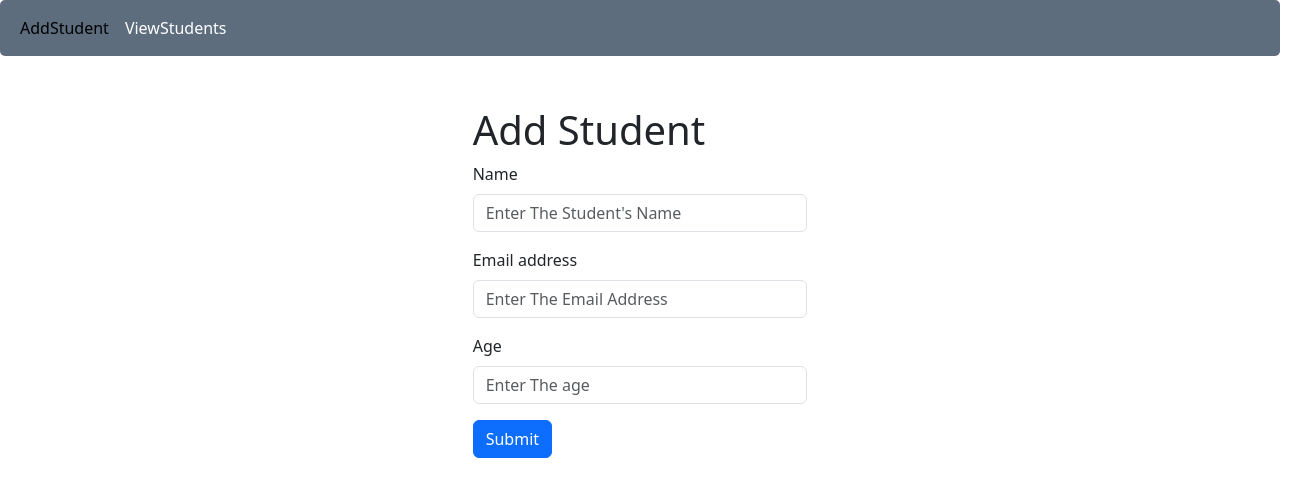
Repository: Manojs14/StudentManagementSystem
Page: http://localhost/Crud_form/
An editor plug-in stored every save of this project. The page is shown before and after the next save, followed by the edit.
The browser window is 1280 px wide. The page is 1292 px wide, so the pictures cover 1292 px, including what lies to the right of the window. The pictures show the whole page.
The page is served by Tomcat 9. Nobody is signed in. The application's start-up code is not run.

Above is the page before, as saved 2024-07-11 09:32:57.

After the next save:
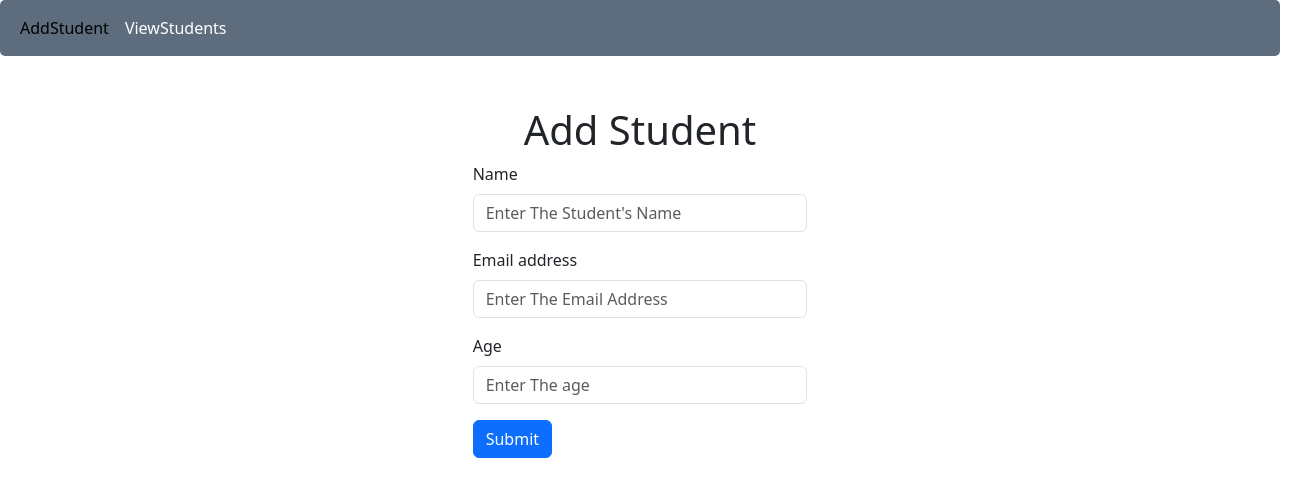
Saved 31 s later.
--- a/Crud_form/src/main/webapp/index.jsp
+++ b/Crud_form/src/main/webapp/index.jsp
@@ -21,6 +21,9 @@
     .custom-navbar .nav-link.active {
         color: #d4d4d4;
     }
+    h1 {
+  text-align: center;
+}
 </style>
 
 
@@ -56,7 +59,7 @@
     <div class="col-4">
     </div>
     <div class="col-4" style="padding:50px">
-        <h1 style="">Add Student</h1>
+        <h1 >Add Student</h1>
 
 
         <!-- form is mapped to createservlet using @WebServlet -->
